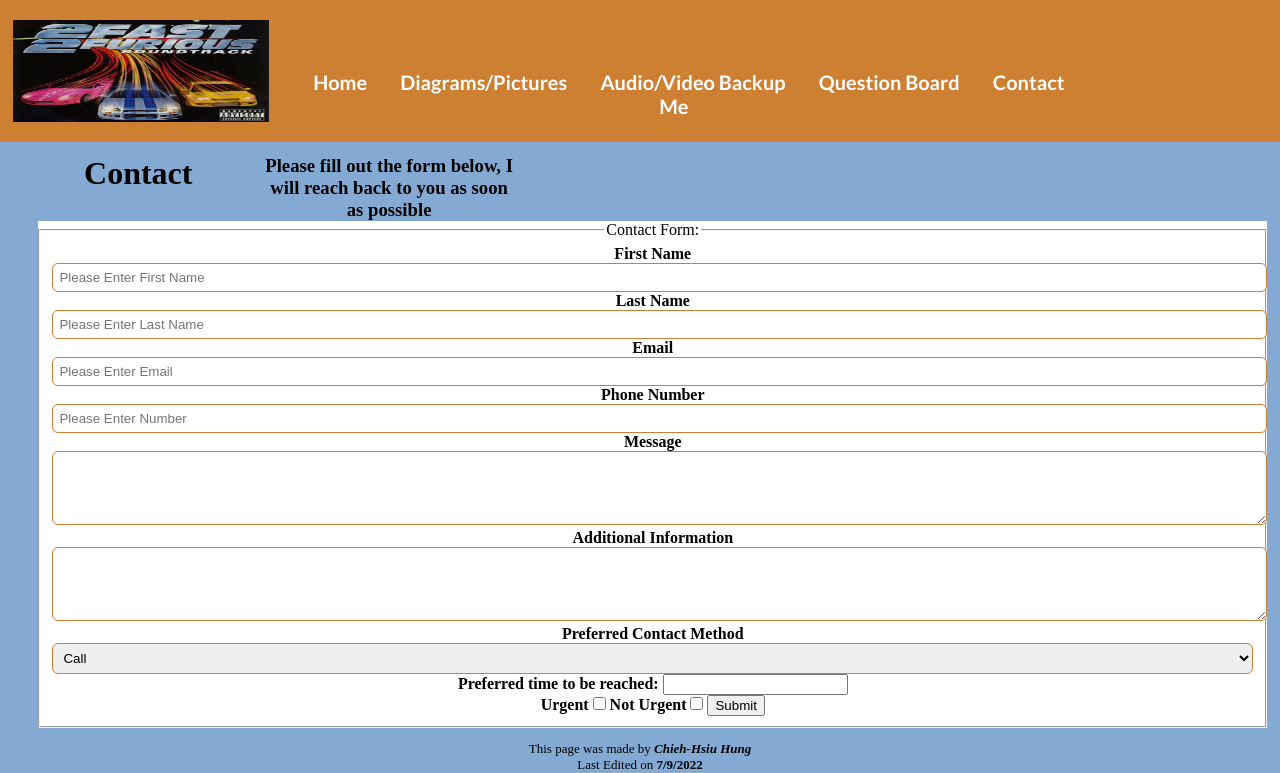
Repository: Chieh0501/fa22-cse110-lab3
Page: contacts.html
These files come from the project's save history. The page is drawn as it stood at one moment and after the next save; the edit follows.
The browser window is 1280 px wide. The pictures show the whole page.

Above is the page before, as saved 2022-10-13 04:48:08.

After the next save:
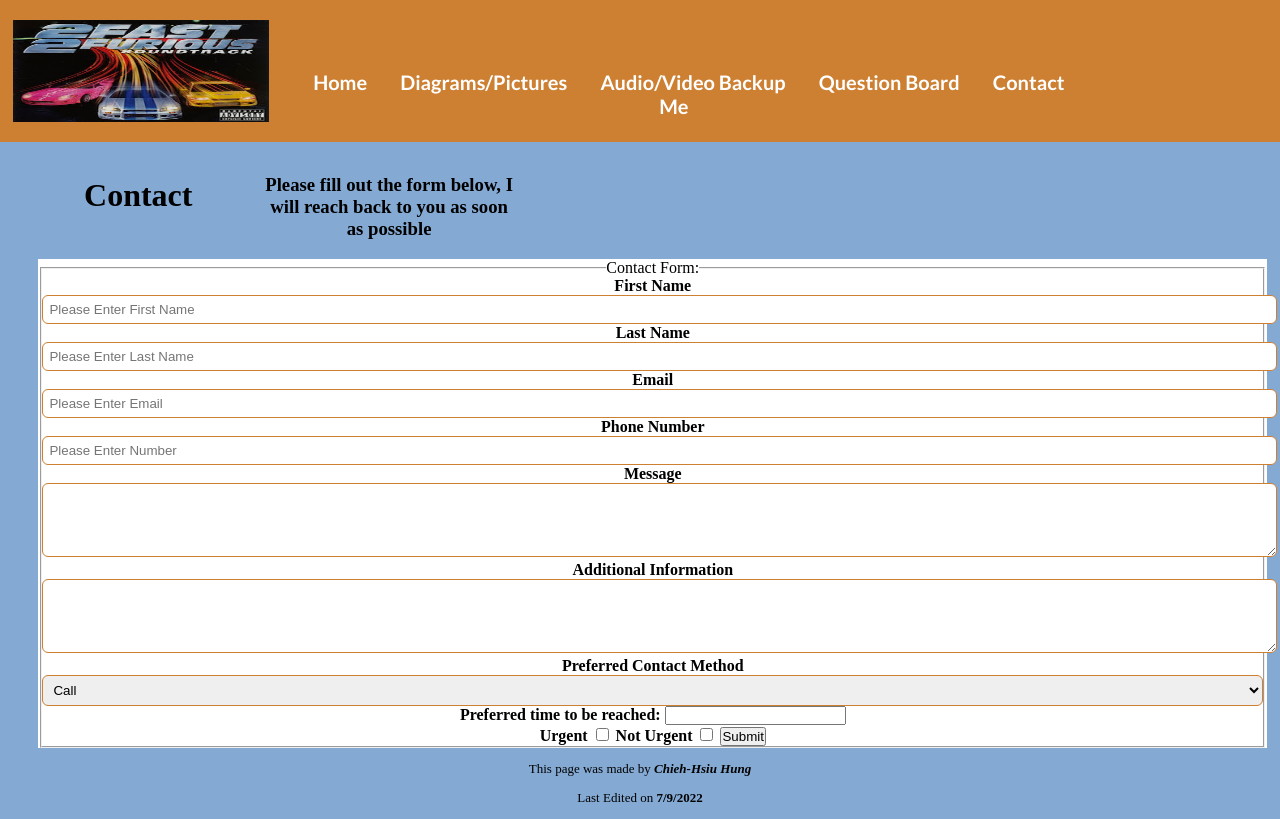
Saved 19 s later.
--- a/styles/main.css
+++ b/styles/main.css
@@ -56,7 +56,7 @@
   background: var(--accent-color-1);
 }
 * {
-  margin: 0px;
+  padding: 0px;
 }
 #logo {
   margin-left: 1vw;
